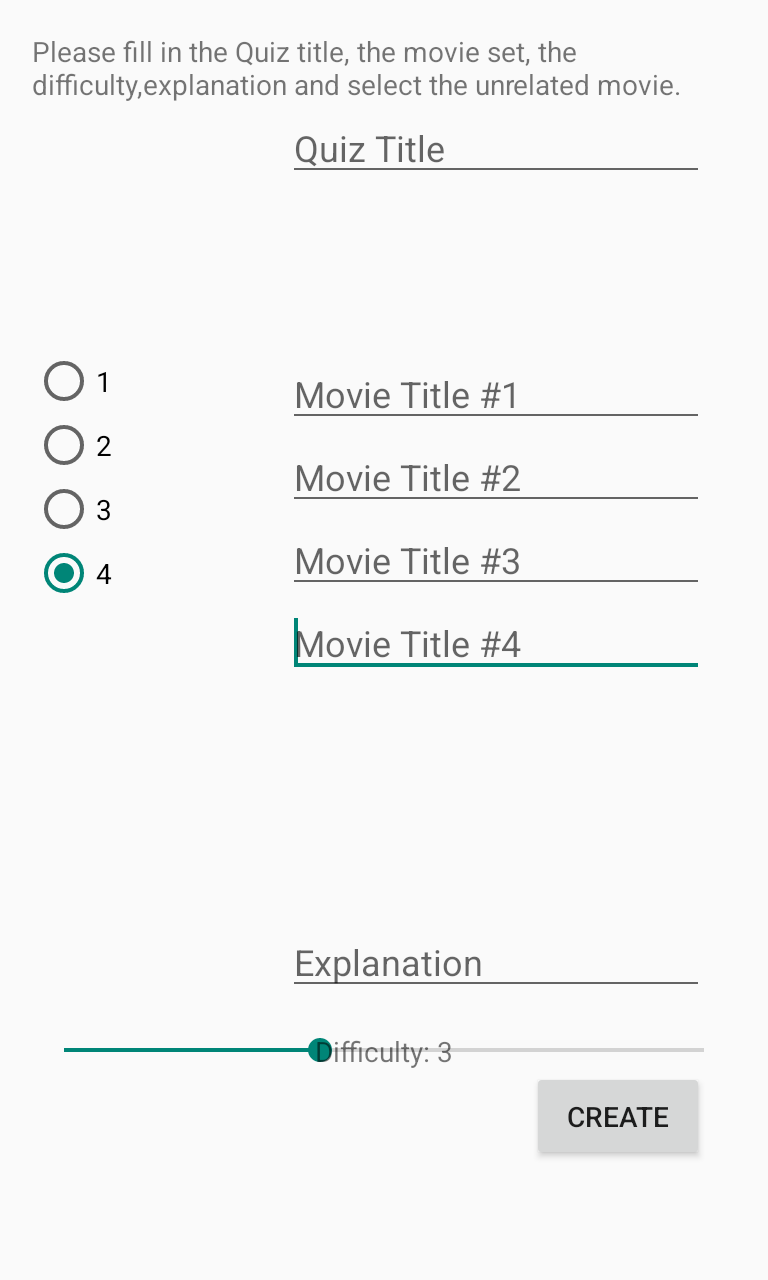
Repository: quantumlicht/android-capstone
Layout: capstone_client/res/layout/activity_create_quiz.xml
These files come from the project's save history. The layout is drawn as it stood at one moment and after the next save; the edit follows.
It is drawn on a 768 x 1280 px phone screen (xhdpi) without system bars, with theme AppTheme; the app's code is not run.

Above is the layout before, as saved 2014-11-14 03:58:07.

### capstone_client/res/layout/activity_create_quiz.xml
<RelativeLayout xmlns:android="http://schemas.android.com/apk/res/android"
    xmlns:tools="http://schemas.android.com/tools"
    android:layout_width="match_parent"
    android:layout_height="match_parent"
    android:layout_centerHorizontal="true"
    android:gravity="start"
    android:paddingBottom="@dimen/activity_vertical_margin"
    android:paddingLeft="@dimen/activity_horizontal_margin"
    android:paddingRight="@dimen/activity_horizontal_margin"
    android:paddingTop="@dimen/activity_vertical_margin"
    tools:context="guay.philippe.capstone.CreateQuizActivity" >

    <TextView
        android:id="@+id/textView1"
        android:layout_width="wrap_content"
        android:layout_height="wrap_content"
        android:text="Please fill in the Quiz title, the movie set, the difficulty,explanation and select the unrelated movie." />

    <Button
        android:id="@+id/submit_create"
        android:layout_width="wrap_content"
        android:layout_height="wrap_content"
        android:layout_alignParentBottom="true"
        android:layout_alignRight="@+id/explanation"
        android:layout_marginBottom="42dp"
        android:text="Create" />

    <EditText
        android:id="@+id/movie4"
        android:layout_width="wrap_content"
        android:layout_height="wrap_content"
        android:layout_alignLeft="@+id/movie3"
        android:layout_centerVertical="true"
        android:ems="10"
        android:hint="Movie Title #4" >

        <requestFocus />
    </EditText>

    <EditText
        android:id="@+id/movie3"
        android:layout_width="wrap_content"
        android:layout_height="wrap_content"
        android:layout_above="@+id/movie4"
        android:layout_alignLeft="@+id/movie2"
        android:ems="10"
        android:hint="Movie Title #3" />

    <EditText
        android:id="@+id/movie2"
        android:layout_width="wrap_content"
        android:layout_height="wrap_content"
        android:layout_above="@+id/movie3"
        android:layout_alignRight="@+id/textView1"
        android:layout_marginRight="15dp"
        android:ems="10"
        android:hint="Movie Title #2" />

    <EditText
        android:id="@+id/quiz_title"
        android:layout_width="wrap_content"
        android:layout_height="wrap_content"
        android:layout_alignLeft="@+id/movie1"
        android:layout_below="@+id/textView1"
        android:ems="10"
        android:hint="Quiz Title" />

    <RadioGroup
        android:id="@+id/unrelated_movie"
        android:layout_width="wrap_content"
        android:layout_height="wrap_content"
        android:layout_alignLeft="@+id/difficulty"
        android:layout_alignTop="@+id/movie1"
        android:gravity="clip_vertical"
        android:orientation="vertical" >

        <RadioButton
            android:id="@+id/radio1"
            android:layout_width="wrap_content"
            android:layout_height="wrap_content"
            android:text="1" />

        <RadioButton
            android:id="@+id/radio2"
            android:layout_width="wrap_content"
            android:layout_height="wrap_content"
            android:text="2" />

        <RadioButton
            android:id="@+id/radio3"
            android:layout_width="wrap_content"
            android:layout_height="wrap_content"
            android:checked="true"
            android:text="3" />

        <RadioButton
            android:id="@+id/radio4"
            android:layout_width="wrap_content"
            android:layout_height="wrap_content"
            android:checked="true"
            android:text="4" />
    </RadioGroup>

    <SeekBar
        android:id="@+id/difficulty"
        android:layout_width="match_parent"
        android:layout_height="wrap_content"
        android:layout_above="@+id/submit_create"
        android:layout_alignLeft="@+id/textView1"
        android:contentDescription="Difficulty"
        android:max="5"
        android:progress="2" />

    <TextView
        android:id="@+id/seekBarValue"
        android:layout_width="wrap_content"
        android:layout_height="wrap_content"
        android:layout_alignTop="@+id/difficulty"
        android:layout_centerHorizontal="true"
        android:text="Difficulty: 3" />

    <EditText
        android:id="@+id/explanation"
        android:layout_width="wrap_content"
        android:layout_height="wrap_content"
        android:layout_above="@+id/difficulty"
        android:layout_alignLeft="@+id/movie4"
        android:layout_marginBottom="16dp"
        android:ems="10"
        android:hint="Explanation" />

    <EditText
        android:id="@+id/movie1"
        android:layout_width="wrap_content"
        android:layout_height="wrap_content"
        android:layout_above="@+id/movie2"
        android:layout_alignLeft="@+id/movie2"
        android:ems="10"
        android:hint="Movie Title #1" />

</RelativeLayout>

### capstone_client/res/values/styles.xml
<resources>

    <!--
        Base application theme, dependent on API level. This theme is replaced
        by AppBaseTheme from res/values-vXX/styles.xml on newer devices.
    -->
    <style name="AppBaseTheme" parent="Theme.AppCompat.Light">
        <!--
            Theme customizations available in newer API levels can go in
            res/values-vXX/styles.xml, while customizations related to
            backward-compatibility can go here.
        -->
    </style>

    <!-- Application theme. -->
    <style name="AppTheme" parent="AppBaseTheme">
        <!-- All customizations that are NOT specific to a particular API-level can go here. -->
    </style>

    <declare-styleable name="FragmentArguments">
    	<attr name="android:label" />
	</declare-styleable>

</resources>

Loaded but not shown: capstone_client/res/values-v11/styles.xml (common file); capstone_client/res/values-v14/styles.xml (common file); capstone_client/res/values/dimens.xml (common file); capstone_client/res/values-w820dp/dimens.xml (common file)

After the next save:
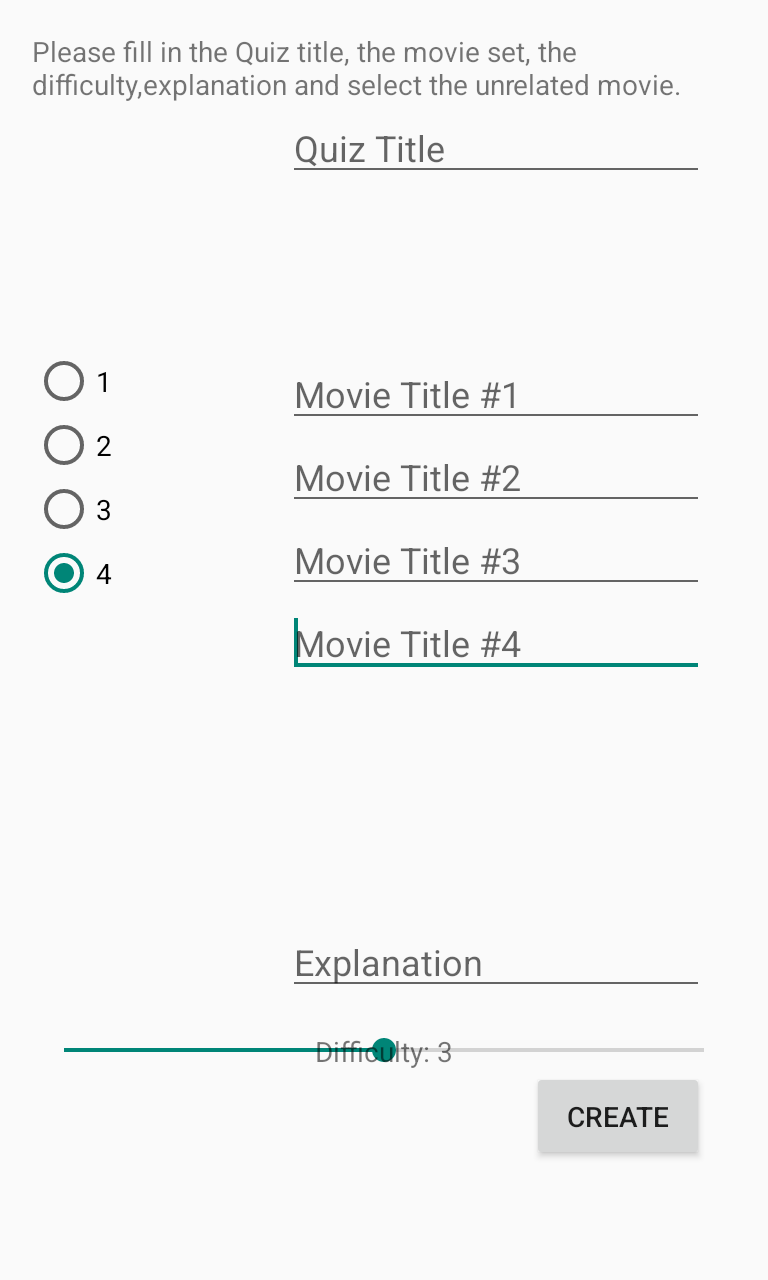
Saved 12 min 15 s later.
--- a/capstone_client/res/layout/activity_create_quiz.xml
+++ b/capstone_client/res/layout/activity_create_quiz.xml
@@ -108,7 +108,7 @@
         android:layout_above="@+id/submit_create"
         android:layout_alignLeft="@+id/textView1"
         android:contentDescription="Difficulty"
-        android:max="5"
+        android:max="4"
         android:progress="2" />
 
     <TextView
